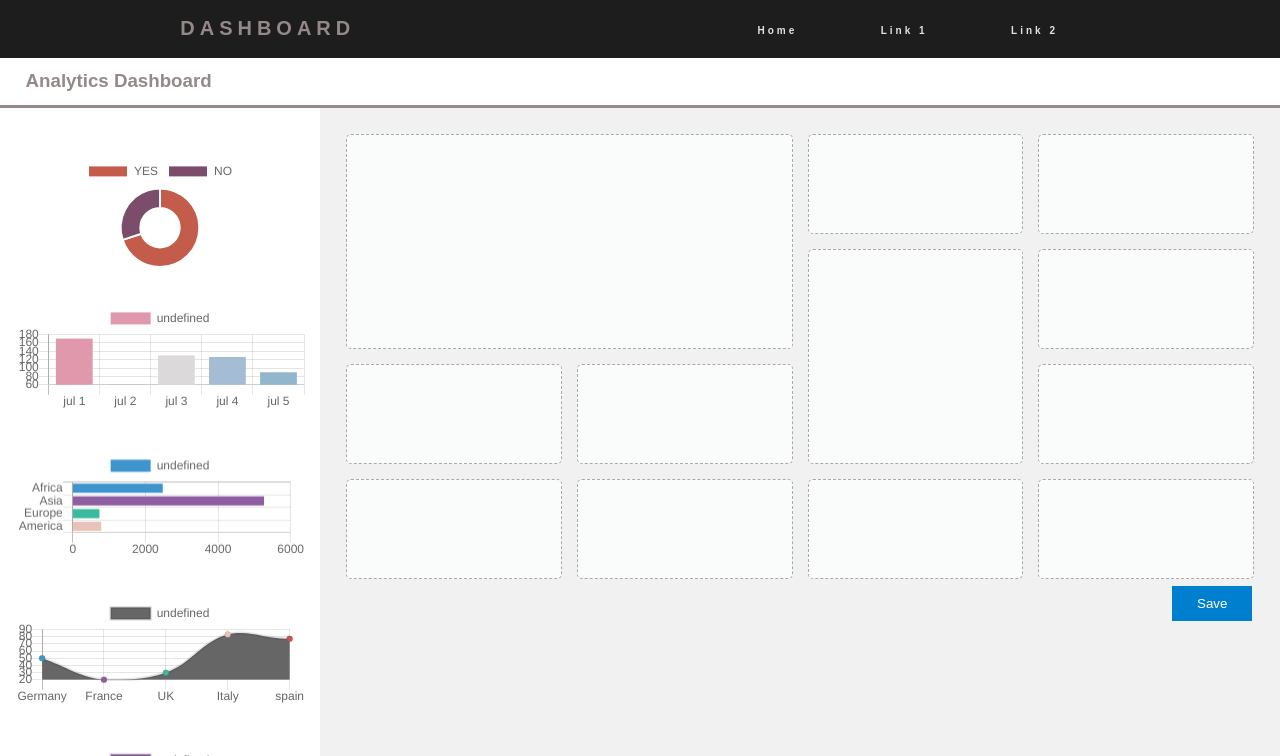
Repository: nourabdelhakam/drag-drop
Page: index.html
The author's editor kept a copy of each file at every save. The page is drawn from the files as they stood at one save, then again after the next save.
The browser window is 1280 px wide. The pictures show the whole page.
Some web libraries are served in a nearby version.

Above is the page before, as saved 2020-07-06 00:25:07.

### index.html
<!DOCTYPE html>
<html lang="en">
<head>
    <meta charset="UTF-8">
    <meta name="viewport" content="width=device-width, initial-scale=1.0">
    <meta http-equiv="X-UA-Compatible" content="ie=edge">
    <title>Drag & Drop</title>

    <script src="https://cdn.jsdelivr.net/npm/chart.js@2.8.0"></script>

    <link rel="stylesheet" href="nav/nav.css">
    <link rel="stylesheet" href="css/main.css">
</head>
<body>

    <!-- <nav> -->
        <nav>
            <div class="logo">
                <h4>Dashboard</h4>
            </div>
            <ul class="nav-links">
                <li><a href="">Home</a></li>
                <li><a href="">Link 1</a></li>
                <li><a href="">Link 2</a></li>
            </ul>
            <div class="burger">
                <div class="line1"></div>
                <div class="line2"></div>
                <div class="line3"></div>
            </div>
        </nav>
      <!-- </nav> end of nav -->

      <section>
          <h3>Analytics Dashboard</h3>
          <div class="container">
            <div class="left">
                <div class="list" id="chartList">

                </div>
              </div>
              <div class="right">
                  <!-- <h5>Drag & Drop</h5> -->
                  <div class="wrapper" id="wrapper">
                    <div class="list" id="spot-1"></div>
                    <div class="list" id="spot-2"></div>
                    <div class="list" id="spot-3"></div>
                    <div class="list" id="spot-4"></div>
                    <div class="list" id="spot-5"></div>
                    <div class="list" id="spot-6"></div>
                    <div class="list" id="spot-7"></div>
                    <div class="list" id="spot-8"></div>
                    <div class="list" id="spot-9"></div>
                    <div class="list" id="spot-10"></div>
                    <div class="list" id="spot-11"></div>
                    <div class="list" id="spot-12"></div>
                  </div>
                  <button class="btn" id="saveBtn">Save</button>
                  <button class="btn"  id="tempBtn">Template</button>
              </div>
              <div id="preview" class="wrapper">

              </div>
          </div>
      </section>

      <script  src="chartData.js"></script>
      <script src="chart.js" type="text/javascript"></script>

    <script src="main.js" type="text/javascript"></script>
    <script src="nav/nav.js" type="text/javascript"></script>
</body>
</html>

### nav/nav.css
nav {
    display: flex;
    justify-content: space-around;
    align-items: center;
    min-height: 8vh;
    background-color: #1D1D1D;
    font-family: "Poppins", sans-serif;
}
.logo {
    color: rgb(226, 226, 226);
    text-transform: uppercase;
    letter-spacing: 5px;
    font-size: 20px;
}
.nav-links {
    display: flex;
    justify-content: space-around;
    width: 30%;
}
.nav-links li {
    list-style: none;
}
.nav-links a {
    color: rgb(226, 226, 226);
    text-decoration: none;
    letter-spacing: 3px;
    font-weight: bold;
    font-size: 10px;
}
.burger {
    display: none;
    cursor: pointer;
}
.burger div {
    width: 25px;
    height: 3px;
    background-color: rgb(226, 226, 226);
    margin: 5px;
    transition: all 0.3s ease;
}


@media screen and (max-width:1024px) {
    .nav-links {
        width: 60%;
    }
}

@media screen and (max-width:768px) {

    body {
        overflow-x: hidden;
    }
    .nav-links {
        position: absolute;
        right: 0px;
        height: 92vh;
        top: 8vh;
        background-color: #1D1D1D;
        display: flex;
        flex-direction: column;
        align-items: center;
        width: 50%;
        transform: translatex(100%);
        transition: transform 0.5s ease-in;
    }
    .nav-links li {
        opacity: 0;
    }
    .burger {
        display: block;
    }
}

.nav-active {
    transform: translatex(0%);
}

@keyframes navLinkFade {
    from {
        opacity: 0;
        transform: translatex(50%);
    }
    to {
        opacity: 1;
        transform: translatex(0%);
    }
}

.toggle .line1 {
    transform: rotate(-45deg) translate(-5px, 6px);
}
.toggle .line2 {
    opacity: 0;
}
.toggle .line3 {
    transform: rotate(45deg) translate(-5px, -6px);
}

.landing {
    height: 90vh;
    display: flex;
    justify-content: center;
    align-items: center;
}
.landing h1 {
    margin: 100px;
    font-size: 50px;
    color: #ae5fce;
}

### css/main.css
* {
    margin: 0;
    padding: 0;
    box-sizing: border-box;
}
body {
    font-family: Arial, Helvetica, sans-serif;
}
h3, h4, a {
    color: rgb(148, 137, 137);
}
h3 {
    padding: 1% 2%;
}
h5 {
    margin-bottom: .5em;
}
.container {
    border-top: 3px solid rgb(148, 137, 137);
}
.left {
    width: 25%;
    height: 90vh;
    float: left;
    padding: 1%;
    overflow:hidden;
    overflow-y:scroll;
}
.right {
    width: 75%;
    height: 90vh;
    float: left;
    padding: 2%;
    background-color: #F1F1F1;
}

.list-item {
    border-radius: 4px;
    /* border: 1px dashed darkgrey; */
    /* padding: 5px 5px;  */
    text-align: center;
    /* margin: 5% 0; */
    height: 100%;
    width: 100%;
    cursor: pointer;
}
canvas {
    height: 100%;
    width: 100%;
}

.wrapper > div {
    border: 1px dashed darkgrey;
    border-radius: 5px;
    background-color: #FAFBFB;
    /* resize: both;
    overflow: auto; */
}
.wrapper {
  display: grid;
  grid-template-columns: repeat(4, 1fr);
  grid-auto-rows: 100px;
  grid-gap: 15px;
}
 .wrapper div:nth-child(2) {
   grid-column: 3;
   grid-row: 2 / 4;
}
 .wrapper div:nth-child(5) {
   grid-column: 1 / 3;
   grid-row: 1 / 3;
}
/* .plus-button {
	border: 2px solid lightgrey;
	background-color: #fff;
	font-size: 16px;
	height: 2.5em;
	width: 2.5em;
	border-radius: 999px;
    position: relative;

}

.plus-button:after,
.plus-button:before {
		content: "";
		display: block;
		background-color: grey;
		position: absolute;
		top: 50%;
		left: 50%;
        transform: translate(-50%, -50%);

	}

	.plus-button:before {
		height: 1em;
		width: 0.2em;
	}

	.plus-button:after {
		height: 0.2em;
		width: 1em;
	}


.plus-button--small {
	font-size: 12px;
} */
.btn {
    background-color: #007FCF;
    border: none;
    color: white;
    padding: 10px 25px;
    text-align: center;
    text-decoration: none;
    display: inline-block;
    margin: 7px 2px;
    cursor: pointer;
    float: right;
}
#tempBtn {
    display: none;
}

### chartData.js
 chartData={
    chart1 : {
        id: 1,
        data : [70, 30],
        colors : ['#C45C4B', '#7B4D6A'],
        labels : ['YES', 'NO'],
        type : 'doughnut'
    },
    chart2 : {
        id: 2,
        labels : ['jul 1', 'jul 2', 'jul 3', 'jul 4', 'jul 5'],
        data : [170, 60.5, 130, 126.3, 90],
        colors : ['#E099AC', '#A4BCD3', '#DCD9DA', '#A4BCD4', '#92B6CB'],
        type: 'bar'
    },
    chart3 : {
        id: 3,
        labels: ["Africa", "Asia", "Europe", "America"],
        colors: ["#3e95cd", "#8e5ea2","#3cba9f","#e8c3b9","#c45850"],
        data: [2478,5267,734,784,433],
        type: 'horizontalBar',
    },
    chart4 : {
        id: 4,
        labels : ['Germany', 'France', 'UK', 'Italy', 'spain'],
        data : [50, 20, 30, 83, 77, 88],
        colors : ["#3e95cd", "#8e5ea2","#3cba9f","#e8c3b9","#c45850", "#dbceb0"],
        type: 'line'
    },


    chart5 : {
        id: 5,
        labels : ["1900", "1950", "1999", "2050"],
        data : [408,547,675,734],
        colors : "#8e5ea2",
        type: 'line'
    },

}

exports = chartData

### chart.js
function draw(pos, chart, type) {
  var el = document.getElementById(pos);
  console.log(chart);

  var canvas = document.createElement("canvas");
  canvas.className = "list-item";
  canvas.setAttribute("draggable", "true");
  canvas.setAttribute("data-chart", JSON.stringify(chart));

  canvas.id = type + chart.id+'-'+pos;
  el.appendChild(canvas);
  console.log(canvas);
  c = document.getElementById(type + chart.id+'-'+pos).getContext("2d");

  new Chart(c, {
    type: chart.type,
    data: {
      labels: chart.labels,
      datasets: [
        {
          data: chart.data,
          backgroundColor: chart.colors,
        },
      ],
    },
    options: {
      title: {
        Text: "Do you like doughnuts?",
        display: true,
      },
      layout: {
        padding: {
            left: 0,
            right: 0,
            top: 0,
            bottom: 0
        },
        margin: {
            right:0,
            left:0,
            top:0,
            bottom:0
        }
    }
    },
  });
}

exports = draw;

// let myChart1 = document.getElementById("myChart").getContext('2d');
let chartWrapper = document.getElementById("chartList");
console.log(chartWrapper);

for (let chart in chartData) {
  console.log(chartWrapper);

  draw(chartWrapper.id, chartData[chart],'chatLib-');
}

### main.js
const list_items = document.querySelectorAll(".list-item");
const lists = document.querySelectorAll(".list");
var cantAccess = false;
var wrapper = document.getElementById('wrapper');
const saveBtn = document.getElementById("saveBtn");
const tempPreview = document.getElementById('tempPreview');
const tempBtn =  document.getElementById('tempBtn');
const previewDiv = document.getElementById('preview');
var dragged = null;
var draggedData= null;
var templateList=[];
(function() {
	var temp = JSON.parse(localStorage.getItem('template'));
	if(temp!= null){
		templateList = temp;

		for( chart in templateList){
			draw(templateList[chart].pos,templateList[chart].data,'chartTemplate-')
		}


	}

 })();
saveBtn.addEventListener("click", function () {
  var template = localStorage.getItem("template");
  console.log(template);

  if (template)
    var c = confirm("There is a saved template, Do you want to overwrite it?");


  if (c == true || !template) {

	let itemsArray = JSON.stringify(templateList);
	localStorage.setItem("template", itemsArray);
	tempBtn.style.display = "block"

	// tempPreview.innerHTML = wrapper;
  }
});



 tempBtn.addEventListener('click',function(){
	itemsArray = JSON.parse(localStorage.getItem('template'));
	previewDiv.innerHTML = itemsArray;
})

// tempPreview.addEventListener('click',function(){
// 	itemsArray = JSON.parse(localStorage.getItem('template'));
// 	 wrapper.innerHTML = itemsArray ;
// })

// const data = JSON.parse(localStorage.getItem('items'))
// //localStorage

let draggedItem = null;

for (let i = 0; i < list_items.length; i++) {
  const item = list_items[i];
  console.log(item.id);
  item.addEventListener("dragstart", function () {
    draggedItem = item;
    console.log(cantAccess);
	dragged = item.id;
	draggedData =JSON.parse(item.dataset.chart);

    setTimeout(function () {
	  item.style.display = "none";
	}, 0);
	cantAccess = false
  });

  item.addEventListener("dragend", function () {
    setTimeout(function () {
	  draggedItem.style.display = "block";
    //   draggedItem.style.padding = "0";
    //   draggedItem.style.margin = "0";
      draggedItem.style.height = "100%";
      draggedItem.style.width = "100%";
      draggedItem = null;
	}, 0);
	cantAccess = false;
  });
}
  for (let j = 0; j < lists.length; j++) {
    const list = lists[j];

    list.addEventListener("dragover", function (e) {
	  e.preventDefault();
	  console.log(e.target.tagName);
	  console.log(cantAccess);

	  if(e.target.tagName == 'CANVAS'){
		  cantAccess = true;
	  }
    });

    list.addEventListener("dragenter", function (e) {
      e.preventDefault();
      this.style.backgroundColor = "#FFFFFF";
    });

    list.addEventListener("dragleave", function (e) {
	  this.style.backgroundColor = "#F9FDFF";
	  console.log(e.target.id	);
	  cantAccess = false;

    });

    list.addEventListener("drop", function (e) {
	  console.log("drop");
	  if(cantAccess)
		return false;
	  i = {
		  id:dragged,
		  pos:e.toElement.id,
		  data: draggedData
	  }
	  var result = templateList.filter(obj => {
		return obj.pos === e.toElement.id
	  })
	  console.log(e.toElement.id);

	  console.log('templateList:'+result);
	  setTimeout(function(){
	  if (result.length == 0){
		  console.log('empty');
		  console.log(i);

		  templateList.push(i);
		  console.log('templalist: '+templateList);
		draw(e.toElement.id,draggedData,'chartTemplate-')

		}},100);

		cantAccess = false
    //   this.append(draggedItem);
	  this.style.backgroundColor = "#FFFFFF";
    });
  }

### nav/nav.js
const navSlide = () => {
    const burger = document.querySelector('.burger');
    const nav = document.querySelector('.nav-links');
    const navLinks = document.querySelectorAll('.nav-links li');


    burger.addEventListener('click', () => {

        //Toggle Nav
        nav.classList.toggle('nav-active');

        //Animate Links
        navLinks.forEach((link, index) => {

            if (link.style.animation) {
                link.style.animation = '';
            } else {
                link.style.animation = `navLinkFade 0.5s ease forwards ${index / 7 + 0.3}s`;
            }

        });

        //Burger Animation
        burger.classList.toggle('toggle');
    });

}

navSlide();

After the next save:
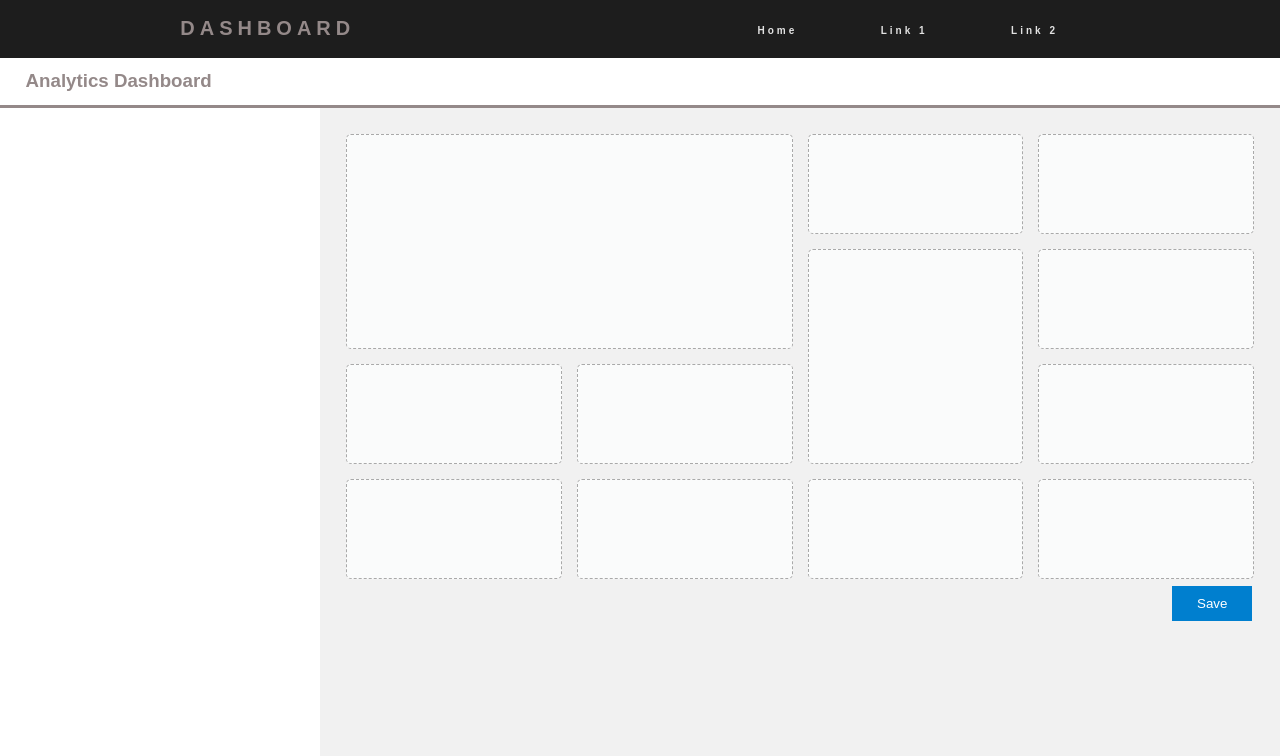
Console error: SyntaxError: Unexpected token '}'
Saved 10 s later.
--- a/chart.js
+++ b/chart.js
@@ -40,7 +40,8 @@
             left:0,
             top:0,
             bottom:0
-        }
+        },
+        height:100%
     }
     },
   });

After the save that followed:
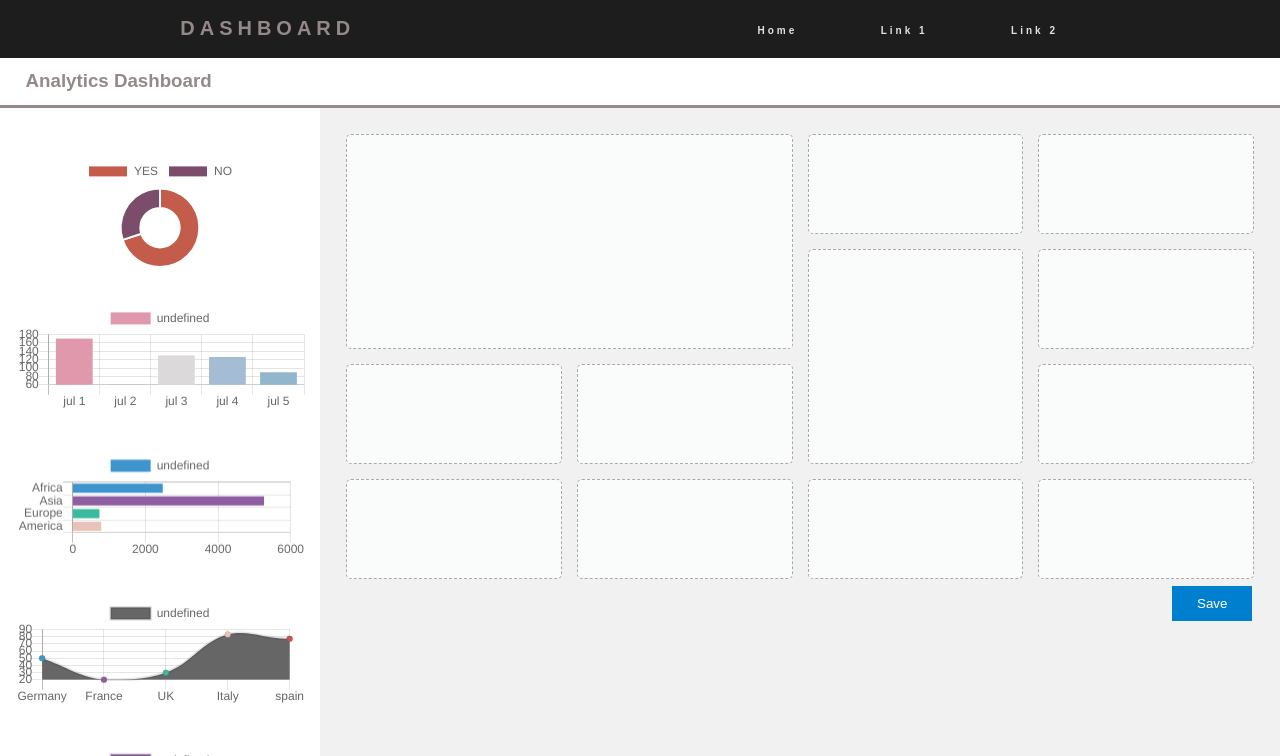
The error is gone.
Saved 23 s later.
--- a/chart.js
+++ b/chart.js
@@ -41,7 +41,7 @@
             top:0,
             bottom:0
         },
-        height:100%
+
     }
     },
   });
